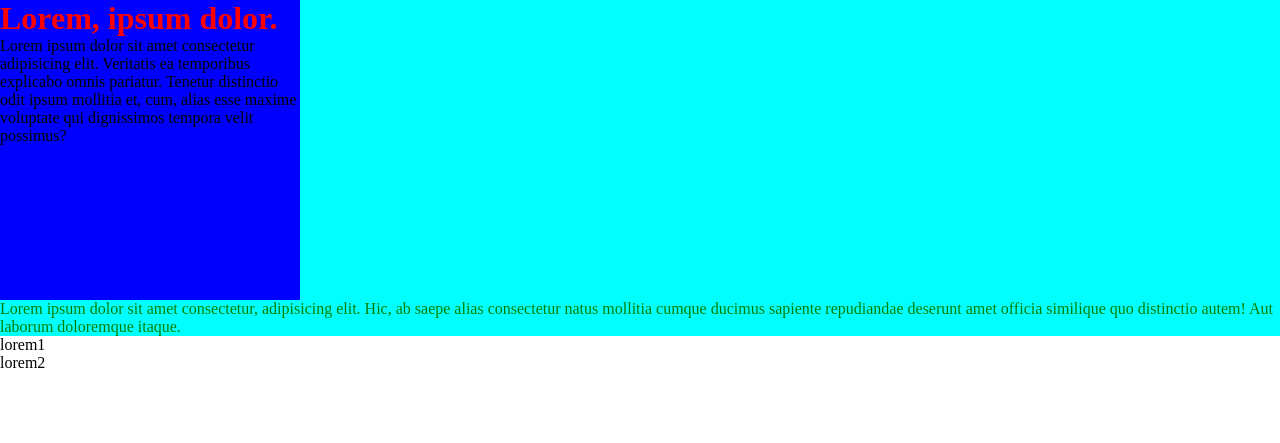
Repository: AytacSafarova/Scss-sample
Page: pages/homePage/index.html
These files come from the project's save history. The page is drawn as it stood at one moment and after a run of saves; the edit follows.
The browser window is 1280 px wide. The pictures show the whole page.
The style sheet was rebuilt from its Sass, Less or Tailwind sources for each picture, by a compiler version that may differ from the author's.

Above is the page before, as saved 2023-11-09 14:20:06.

After the next 2 saves:
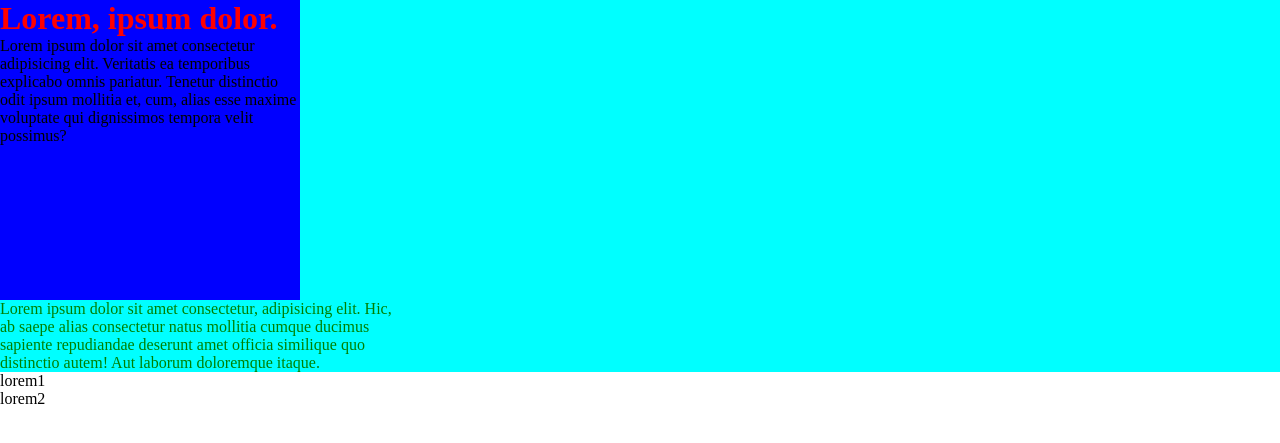
The 2 saves are shown as one change because 1 did not build or start.
The last was saved 84 s later.
--- a/pages/homePage/index.scss
+++ b/pages/homePage/index.scss
@@ -9,6 +9,7 @@
     }
   }
   .child-1{
+    width: 400px;
     p{
         color: green;
     }
